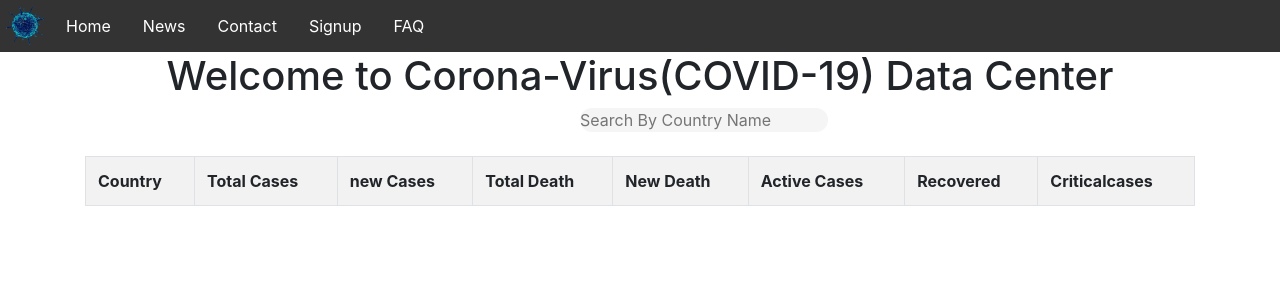
Repository: xthashankar/COVID-19-data-
Page: index.html
These files come from the project's save history. The page is drawn as it stood at one moment and after the next save; the edit follows.
The browser window is 1280 px wide. The pictures show the whole page.
The page's requests for data from a server got no answer.

Above is the page before, as saved 2020-04-15 18:47:03.

### index.html
<!DOCTYPE html>
<html lang="en">
<head>
    <meta charset="UTF-8">
    <meta name="viewport" content="width=device-width, initial-scale=1.0">
    <link rel="stylesheet" href="https://maxcdn.bootstrapcdn.com/bootstrap/4.4.1/css/bootstrap.min.css">
     <script src="https://ajax.googleapis.com/ajax/libs/jquery/3.4.1/jquery.min.js"></script>
     <script src="https://cdnjs.cloudflare.com/ajax/libs/popper.js/1.16.0/umd/popper.min.js"></script>
    <script src="https://maxcdn.bootstrapcdn.com/bootstrap/4.4.1/js/bootstrap.min.js"></script>
    <link rel="stylesheet" href="css/styles.css">
    <title>Document</title>
</head>
<body>
        <ul class="nav">
            <img src="image/coronavirus.png">
            <li><a  href="#">Home</a></li>
            <li><a href="#">News</a></li>
            <li><a href="#">Contact</a></li>
            <li><a href="#">Signup</a></li>
            <div class="dropdown">
                <button class="dropbtn">FAQ
                </button>
                <div class="dropdown-content">
                  <a href="qa.html">English</a>
                  <a href="nqa.html">Nepali</a>
                </div>

        </ul>
    <h1>Welcome to Corona-Virus(COVID-19) Data Center</h1>
    <input type="text" name="filter" id="search" placeholder="Search By Country Name" onkeyup="search()">
    <div class="container">

        <br>
        <table class="table table-bordered  table-striped">
            <thread>
                <tr>
                    <th>Country</th>
                    <th>Total Cases</th>
                    <th>new Cases</th>
                    <th>Total Death</th>
                    <th>New Death</th>
                    <th>Active Cases</th>
                    <th>Recovered</th>
                    <th>Criticalcases</th>
            </tr>
            </thread>
            <tbody  id="coranavirus">
            </tbody>
        </table>
    </div>
</body>
<script src="javascript/main.js"></script>
</html>

### css/styles.css
/*
body {
	font-family: 'Roboto', sans-serif;
	background-color: #eae7d9;
	margin: 0;
	padding: 0;
} */
*{
  padding: 0;
  margin: 0;
}
ul{
    list-style-type:none;
    overflow: hidden;
    background-color:#333;
}
li{
   float:right;
}
li a{

    display: block;
    color:white;
    text-align: center;
    padding: 14px 16px;
    text-decoration: none;
}
li a:hover{
    background-color: #111;
}
h1{
    text-align: center;
}
#search{

    border-radius: 10px;
    margin:5 auto;
    border-radius: 10px;
    margin-left: 580px;
    border: none;
    border-radius: 15px;
    background-color:whitesmoke;
}
img{
    width:50px;
    height:50px;
}

.navbar {
    overflow: hidden;
    background-color: #333;
  }

  .navbar a {
    float: left;
    font-size: 16px;
    color: white;
    text-align: center;
    padding: 14px 16px;
    text-decoration: none;
  }

  .dropdown {
    float: right;
    overflow: hidden;
  }

  .dropdown .dropbtn {
    font-size: 16px;
    border: none;
    outline: none;
    color: white;
    padding: 14px 16px;
    background-color: inherit;
    font-family: inherit;
    margin: 0;
  }

  .navbar a:hover, .dropdown:hover .dropbtn {
    background-color: red;
  }

  .dropdown-content {
    display: none;
    position: absolute;
    background-color: #f9f9f9;
    min-width: 160px;
    box-shadow: 0px 8px 16px 0px rgba(0,0,0,0.2);
    z-index: 1;
  }

  .dropdown-content a {
    float: none;
    color: black;
    padding: 12px 16px;
    text-decoration: none;
    display: block;
    text-align: left;
  }

  .dropdown-content a:hover {
    background-color: #ddd;
  }

  .dropdown:hover .dropdown-content {
    display: block;
  }
  h5{

    text-align: center;
  }

### javascript/main.js
// let who='';
let URL='https://nepalcorona.info/api/v1/data/world'
fetch(URL)
.then(function(response){
   return response.json()
}).then(function(covid){
//    console.log(covid);
       if(covid.length>0)
       {
           var coviddata='';
           covid.forEach(function(data){
            // coviddata +="<tr>";
            if(data.country!="")
            {
            coviddata +="<tr><td>"+data.country+"</td>";
            coviddata +="<td>"+data.totalCases+"</td>";
            coviddata +="<td>"+data.newCases+"</td>";
            coviddata +="<td>"+data.totalDeaths+"</td>";
            coviddata +="<td>"+data.newDeaths+"</td>";
            coviddata +="<td>"+data.activeCases+"</td>";
            coviddata +="<td>"+data.totalRecovered+"</td>";
            coviddata +="<td>"+data.criticalCases+"</td></tr>";
            console.log(coviddata);
            }
            document.getElementById('coranavirus').innerHTML=coviddata;
           })
       }
   })
   //for search
function search(){
    let filter=document.getElementById("search").value.toUpperCase();
    let table=document.getElementById("coranavirus");
    let tr=table.getElementsByTagName("tr");
    for(let i=0;i<tr.length;i++)
    {
     let td=tr[i].getElementsByTagName("td")[0];
        if(td)
        {
         let txtValue=td.textContent||td.innerText;
         if(txtValue.toUpperCase().indexOf(filter)>-1)
            {
            tr[i].style.display="";
            }else
            {
            tr[i].style.display="none";
            }
        }
    }
}

After the next save:
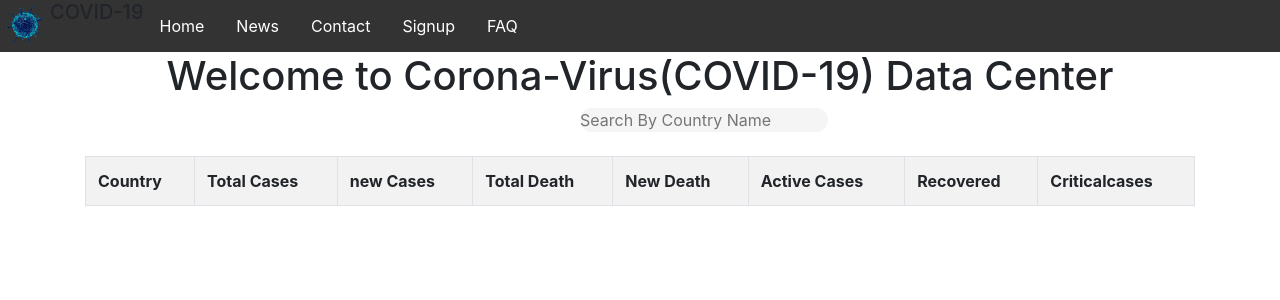
Saved 55 s later.
--- a/index.html
+++ b/index.html
@@ -13,6 +13,7 @@
 <body>
         <ul class="nav">
             <img src="image/coronavirus.png">
+             <H5>COVID-19</H5>
             <li><a  href="#">Home</a></li>
             <li><a href="#">News</a></li>
             <li><a href="#">Contact</a></li>
